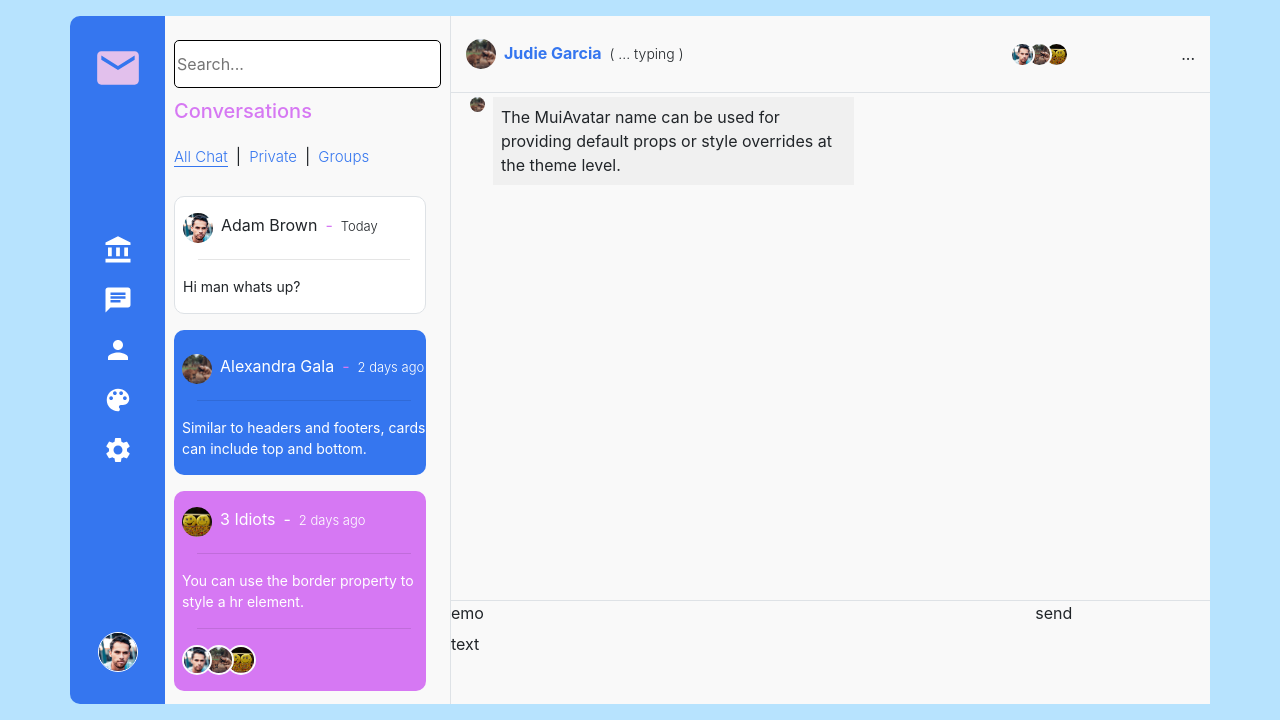
Repository: arafat877/super-chat
Page: /
An editor plug-in stored every save of this project. The page is shown before and after the next save, followed by the edit.
The browser window is 1280 px wide. The pictures show the whole page.
The project was rebuilt for these pictures with package versions that can differ from the ones it lists, and the page was loaded fresh each time.

Above is the page before, as saved 2020-08-07 02:00:09.

### public/index.html
<!DOCTYPE html>
<html lang="en">
  <head>
    <meta charset="utf-8" />
    <meta name="viewport" content="width=device-width, initial-scale=1" />
    <meta name="theme-color" content="#000000" />
    <meta
      name="description"
      content="Chat application with node.js, express, react.js, mongoDb and socket.io"
    />
    <link rel="stylesheet" href="styles.css" />
    <link
      rel="stylesheet"
      href="https://maxcdn.bootstrapcdn.com/bootstrap/4.5.0/css/bootstrap.min.css"
      integrity="sha384-9aIt2nRpC12Uk9gS9baDl411NQApFmC26EwAOH8WgZl5MYYxFfc+NcPb1dKGj7Sk"
      crossorigin="anonymous"
    />
    <link
      href="https://fonts.googleapis.com/css2?family=Roboto:wght@100;300;400;500;700;900&display=swap"
      rel="stylesheet"
    />

    <title>Super Chat</title>
  </head>
  <body>
    <noscript>You need to enable JavaScript to run this app.</noscript>
    <div id="root"></div>
  </body>
</html>

### src/App.js
import React from "react";
import "./App.scss";
import {
  Email,
  Chat,
  Person,
  Settings,
  Palette,
  AccountBalance,
} from "@material-ui/icons";

import { Avatar } from "@material-ui/core";
import { AvatarGroup } from "@material-ui/lab";

function App() {
  return (
    <div className="appContainer vh-100 d-flex">
      <div className="container mt-3 mb-3 appWrapper">
        <div className="row h-100">
          <div className="col-1 d-none d-sm-none d-md-block container h-100 firstCol">
            <div className="row logoRow justify-content-center">
              <Email className="m-auto logo" />
            </div>
            <div className="row menuRow">
              <ul className="menuList m-auto p-0">
                <li className="menuItem">
                  <AccountBalance className="menuItemIcon" />
                </li>
                <li className="menuItem">
                  <Chat className="menuItemIcon" />
                </li>
                <li className="menuItem">
                  <Person className="menuItemIcon" />
                </li>
                <li className="menuItem">
                  <Palette className="menuItemIcon" />
                </li>
                <li className="menuItem">
                  <Settings className="menuItemIcon" />
                </li>
              </ul>
            </div>
            <div className="row photoRow justify-content-center">
              <img
                className="m-auto profilePhoto"
                src={require("./assets/m1.jpeg")}
                alt="profile"
              />
            </div>
          </div>
          <div className="col-3 container h-100 secondCol p-4">
            <div className="row searchRow">
              <input className="searchInput" placeholder="Search..." />
            </div>
            <div className="row convRow mt-2">
              <span className="convSpan">Conversations</span>
            </div>
            <div className="row selectRow mb-1">
              <ul className="selectionList pl-0">
                <li
                  className="selectionListItem d-inline mr-2"
                  style={{ borderBottom: "solid 0.05px #3576ef" }}
                >
                  All Chat
                </li>
                |
                <li className="selectionListItem d-inline mr-2 ml-2">
                  Private
                </li>
                |
                <li className="selectionListItem d-inline mr-2 ml-2">Groups</li>
              </ul>
            </div>
            <div className="row groupsRow">
              <div className="container">
                <div className="row convCard pt-3 pb-3 pl-2 mt-3">
                  <div className="container">
                    <div className="row">
                      <img
                        className="userProfilePicture"
                        src={require("./assets/m1.jpeg")}
                        alt="User Profile"
                      />
                      <span className="userName ml-2">Adam Brown</span>
                      <span className="dash ml-2">-</span>
                      <span className="chatDate ml-2 mt-1">Today</span>
                    </div>
                    <hr></hr>
                    <div className="row">
                      <span className="text">Hi man whats up?</span>
                    </div>
                  </div>
                </div>

                <div className="row convCardHot pt-4 pb-3 pl-2 mt-3">
                  <div className="container">
                    <div className="row">
                      <img
                        className="userProfilePicture"
                        src={require("./assets/f1.jpeg")}
                        alt="User Profile"
                      />
                      <span className="userName ml-2">Alexandra Gala</span>
                      <span className="dash ml-2">-</span>
                      <span className="chatDate ml-2 mt-1">2 days ago</span>
                    </div>
                    <hr></hr>
                    <div className="row">
                      <span className="text">
                        Similar to headers and footers, cards can include top
                        and bottom.
                      </span>
                    </div>
                  </div>
                </div>

                <div className="row convCardGroup pt-3 pb-3 pl-2 mt-3">
                  <div className="container">
                    <div className="row">
                      <img
                        className="userProfilePicture"
                        src={require("./assets/g1.jpeg")}
                        alt="User Profile"
                      />
                      <span className="userName ml-2">3 Idiots</span>
                      <span className="dash ml-2">-</span>
                      <span className="chatDate ml-2 mt-1">2 days ago</span>
                    </div>
                    <hr></hr>
                    <div className="row">
                      <span className="text">
                        You can use the border property to style a hr element.
                      </span>
                    </div>
                    <hr></hr>
                    <div className="row">
                      <AvatarGroup max={3} className="mr-4">
                        <Avatar
                          alt="Remy Sharp"
                          className="avatar"
                          src={require("./assets/m1.jpeg")}
                        />
                        <Avatar
                          alt="Travis Howard"
                          className="avatar"
                          src={require("./assets/f1.jpeg")}
                        />
                        <Avatar
                          alt="Cindy Baker"
                          className="avatar"
                          src={require("./assets/g1.jpeg")}
                        />
                      </AvatarGroup>
                    </div>
                  </div>
                </div>
              </div>
            </div>
          </div>
          <div className="col-8 container h-100 thirdCol">
            <div className="row chatInfo">
              <div className="col-6 m-auto">
                <img
                  className="infoUserPicture"
                  src={require("./assets/f1.jpeg")}
                  alt="User Profile"
                />
                <span className="infoUserName ml-2">Judie Garcia</span>
                <span className="infoTyping ml-2">( ... typing )</span>
              </div>
              <div className="col-4 mt-auto mb-auto justify-content-right infoGroup">
                <AvatarGroup max={3} className="float-right">
                  <Avatar
                    alt="Remy Sharp"
                    className="avatar"
                    src={require("./assets/m1.jpeg")}
                  />
                  <Avatar
                    alt="Travis Howard"
                    className="avatar"
                    src={require("./assets/f1.jpeg")}
                  />
                  <Avatar
                    alt="Cindy Baker"
                    className="avatar"
                    src={require("./assets/g1.jpeg")}
                  />
                </AvatarGroup>
              </div>
              <div className="col-2 m-auto">
                <span className="float-right">...</span>
              </div>
            </div>
            <div className="row chatMessages">
              <div className="container">
                <div className="row messageRow m-1">
                  <img
                    className="messageUserProfilePicture mr-2"
                    src={require("./assets/f1.jpeg")}
                    alt="User Profile"
                  />
                  <div className="text p-2">
                    The MuiAvatar name can be used for providing default props
                    or style overrides at the theme level.
                  </div>
                </div>
              </div>
            </div>
            <div className="row chatInput">
              <div className="col-md-9 container">
                <div className="row inputEmoji">emo</div>
                <div className="row inputText">text</div>
              </div>
              <div className="col-md-3">send</div>
            </div>
          </div>
        </div>
      </div>
    </div>
  );
}

export default App;

### src/App.scss
.appContainer {
  background-color: #b7e3fe;

  .appWrapper {
    background-color: #3576ef;
    border-radius: 10px;

    .firstCol {
      .logoRow {
        height: 15%;

        .logo {
          font-size: 50px;
          color: rgb(226, 192, 236);
        }
      }
      .menuRow {
        height: 70%;

        .menuList {
          list-style: none;

          .menuItem {
            margin-bottom: 20px;

            .menuItemIcon {
              font-size: 30px;
              color: white;
            }
          }
        }
      }
      .photoRow {
        height: 15%;

        .profilePhoto {
          height: 40px;
          width: 40px;
          border: solid thin white;
          border-radius: 50%;
          object-fit: cover;
        }
      }
    }

    .secondCol {
      background-color: #f9f9f9;

      .searchRow {
        height: 7.5%;

        .searchInput {
          width: 100%;
          border: solid 0.5px;
          background-color: white;
          border-radius: 5px;

          &:focus {
            outline: none;
          }
        }
      }

      .convRow {
        height: 7.5%;

        .convSpan {
          font-weight: 500;
          font-size: 20px;
          color: rgb(214, 120, 243);
        }
      }
      .selectRow {
        height: 5%;

        .selectionList {
          list-style: none;

          .selectionListItem {
            font-weight: 300;
            font-size: 15px;
            color: #3576ef;
          }
        }
      }

      ::-webkit-scrollbar {
        width: 5px;
        height: 5px;
      }

      ::-webkit-scrollbar-track {
        background: white; /* color of the tracking area */
      }

      ::-webkit-scrollbar-thumb {
        background-color: #b5caf0; /* color of the scroll thumb */
        border-radius: 5px; /* roundness of the scroll thumb */
      }

      .groupsRow {
        height: 80%;
        overflow-y: scroll;

        .convCard {
          background-color: white;
          border: solid 0.5px #dee2e6;
          border-radius: 10px;
          margin-right: 0;

          .userProfilePicture {
            height: 30px;
            width: 30px;
            border-radius: 50%;
            object-fit: cover;
          }

          .userName {
            // color: white;
          }

          .dash {
            color: rgb(214, 120, 243);
          }

          .chatDate {
            // color: white;
            font-size: 13px;
            font-weight: 300;
          }

          .text {
            // color: white;
            font-size: 14px;
          }
        }

        .convCardHot {
          background-color: #3576ef;
          border-radius: 10px;
          margin-right: 0;

          .userProfilePicture {
            height: 30px;
            width: 30px;
            border-radius: 50%;
            object-fit: cover;
          }

          .userName {
            color: white;
          }

          .dash {
            color: rgb(214, 120, 243);
          }

          .chatDate {
            color: white;
            font-size: 13px;
            font-weight: 300;
          }

          .hr {
            border-color: rgb(214, 120, 243);
            margin-bottom: 5px;
          }

          .text {
            color: white;
            font-size: 14px;
          }
        }

        .convCardGroup {
          background-color: rgb(214, 120, 243);
          border-radius: 10px;
          margin-right: 0;

          .userProfilePicture {
            height: 30px;
            width: 30px;
            border-radius: 50%;
            object-fit: cover;
          }

          .userName {
            color: white;
          }

          .dash {
            color: white;
          }

          .chatDate {
            color: white;
            font-size: 13px;
            font-weight: 300;
          }

          .hr {
            border-color: rgb(214, 120, 243);
            margin-bottom: 5px;
          }

          .text {
            color: white;
            font-size: 14px;
          }

          .avatar {
            height: 30px;
            width: 30px;
          }
        }
      }
    }

    .thirdCol {
      background-color: #f9f9f9;
      border-left: solid thin #dee2e6;

      .chatInfo {
        height: 11.25%;
        border-bottom: solid thin #dee2e6;

        .infoUserPicture {
          height: 30px;
          width: 30px;
          border-radius: 50%;
          object-fit: cover;
        }

        .infoUserName {
          color: #3576ef;
          font-weight: 700;
        }

        .infoTyping {
          font-size: 14px;
          font-weight: 300;
        }

        .infoGroup {
          .avatar {
            height: 25px;
            width: 25px;
          }
        }
      }
      .chatMessages {
        height: 73.75%;
        border-bottom: solid thin #dee2e6;

        .messageRow {
          .messageUserProfilePicture {
            height: 15px;
            width: 15px;
            border-radius: 50%;
            object-fit: cover;
          }

          .text{
              background-color: #f0f0f0;
              width: 50%;
          }
        }
      }
      .chatInput {
        height: 15%;

        .inputEmoji {
          height: 30%;
        }
        .inputText {
          height: 70%;
        }
      }
    }
  }
}

Loaded but not shown: src/index.js (common file); public/styles.css (common file)

After the next save:
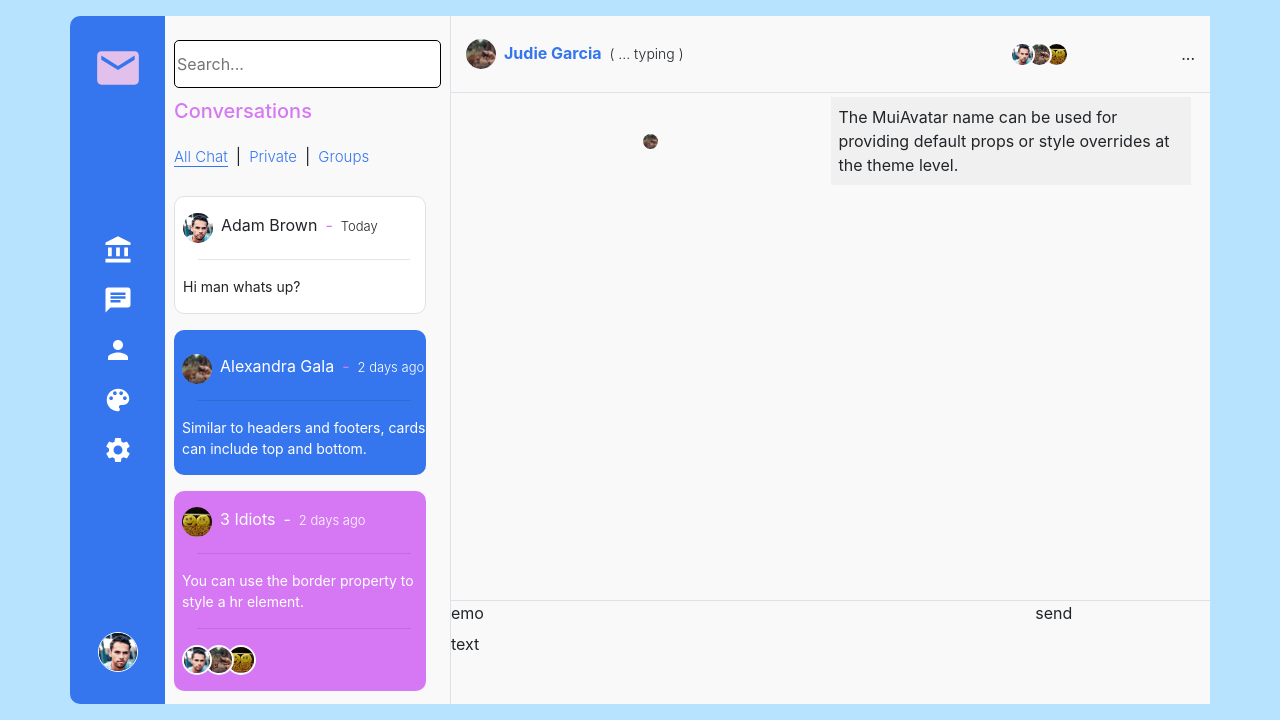
Saved 24 s later.
--- a/src/App.js
+++ b/src/App.js
@@ -195,7 +195,7 @@ function App() {
               <div className="container">
                 <div className="row messageRow m-1">
                   <img
-                    className="messageUserProfilePicture mr-2"
+                    className="messageUserProfilePicture m-auto"
                     src={require("./assets/f1.jpeg")}
                     alt="User Profile"
                   />
